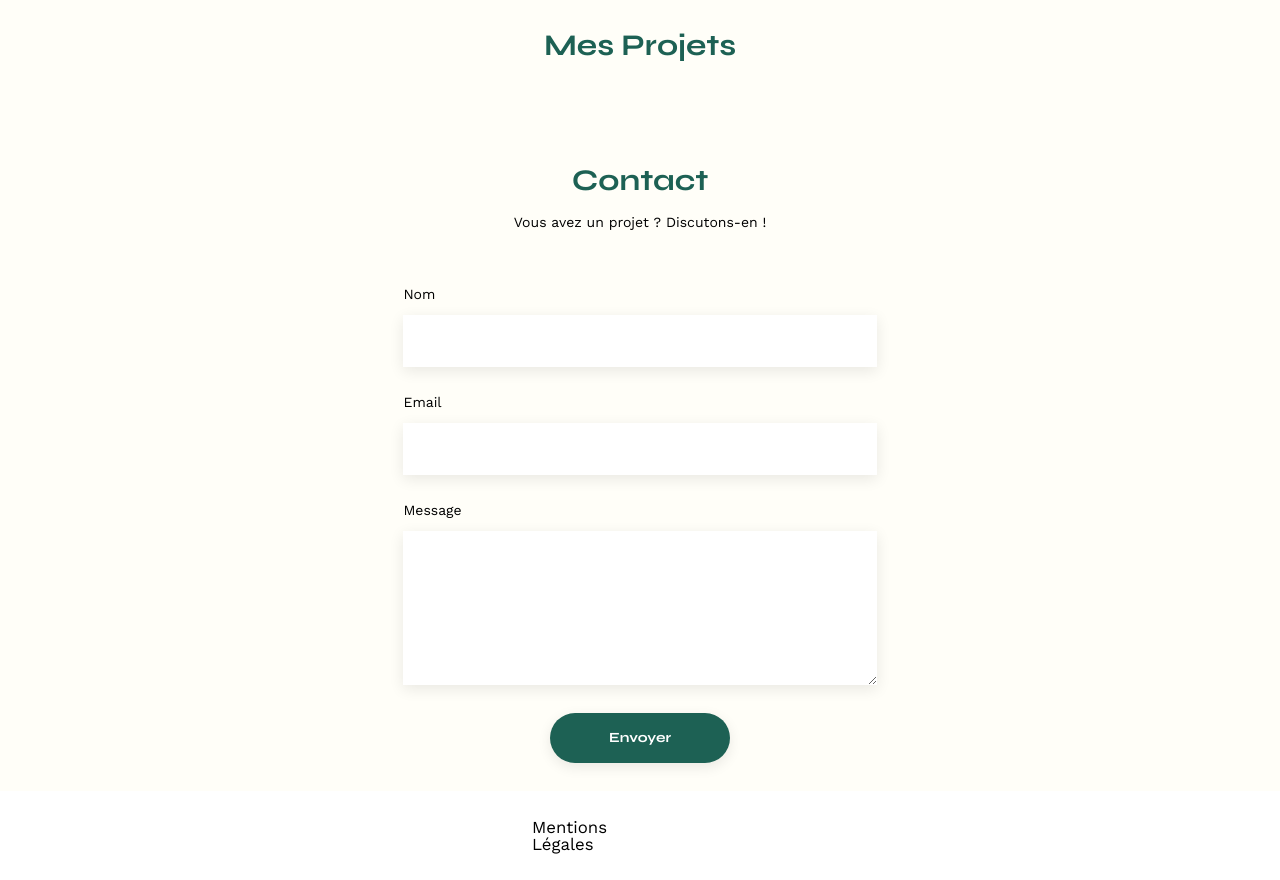
Repository: moopits/p6
Page: FrontEnd/index.html
These files come from the project's save history. The page is drawn as it stood at one moment and after the next save; the edit follows.
The browser window is 1280 px wide. The pictures show the part of the page from y = 486 to 1366 px (the page is 1366 px tall before and 1350 px after).
A picture or video elsewhere on the page could not be fetched, so the positions and the page height are approximate. The page's requests for data from a server got no answer.

Above is the page before, as saved 2024-02-16 04:22:30.

### FrontEnd/index.html
<!DOCTYPE html>

<html lang="fr">

<head>
	<meta charset="UTF-8">
	<title>Sophie Bluel - Architecte d'intérieur - Index</title>
	<meta name="viewport" content="width=device-width, initial-scale=1.0">
	<link rel="preconnect" href="https://fonts.googleapis.com">
	<link rel="preconnect" href="https://fonts.gstatic.com" crossorigin>
	<link href="https://fonts.googleapis.com/css2?family=Syne:wght@700;800&family=Work+Sans&display=swap"
		rel="stylesheet">
	<link rel="icon" type="image/png" href="./assets/icons/instagram.png">
	<link rel="stylesheet" href="https://cdnjs.cloudflare.com/ajax/libs/font-awesome/6.5.1/css/all.min.css"
		integrity="sha512-DTOQO9RWCH3ppGqcWaEA1BIZOC6xxalwEsw9c2QQeAIftl+Vegovlnee1c9QX4TctnWMn13TZye+giMm8e2LwA=="
		crossorigin="anonymous" referrerpolicy="no-referrer">
	<meta name="description" content="">
	<link rel="stylesheet" href="./assets/style.css">
</head>

<body>
	<div id="index_html_bkg">
		<div class="setBlackAdmin showOn">
			<span class="fontSize16"><i class="fa-regular fa-pen-to-square"></i>Mode édition</span>
		</div>
		<div id='index_html_bkg_site'>

			<header class="setHeader">
				<div class="setTitleNav">
					<h1>Sophie Bluel <span>Architecte d'intérieur</span></h1>
					<nav>
						<ul>
							<li><a href="#portfolio">projets</a></li>
							<li><a href="#contact">contact</a></li>
							<li><a id="loginA" class="clic_l_logOut" href="./html/loginAdmin.html"
									target="_self">login</a></li>
							<li><img id="iconSize" src="./assets/icons/instagram.png" alt="Instagram"></li>
						</ul>
					</nav>
				</div>
			</header>
			<main id="mainCenter">
				<!--SECTION introduction/presentation-->
				<section id="introduction">
					<figure>
						<img src="./assets/images/sophie-bluel.png" alt="">
					</figure>
					<article>
						<h2>Designer d'espace</h2>
						<p>Je raconte votre histoire, je valorise vos idées. Je vous accompagne de la conception à la
							livraison
							finale du chantier.</p>
						<p>Chaque projet sera étudié en commun, de façon à mettre en valeur les volumes, les matières et
							les
							couleurs dans le respect de l’esprit des lieux et le choix adapté des matériaux. Le suivi du
							chantier sera assuré dans le souci du détail, le respect du planning et du budget.</p>
						<p>En cas de besoin, une équipe pluridisciplinaire peut-être constituée : architecte DPLG,
							décorateur(trice)</p>
					</article>
				</section>
				<!--SECTION affichage button & gallery-->
				<section id="portfolio">
					<div class="containerProjets">
						<h2>Mes Projets</h2>
						<span class="showOn">
							<i class="fa-regular fa-pen-to-square"></i>
							<button id="clic_b_modifier" class="decoButton fontSize14">modifier</button>
						</span>
					</div>
					<!--affichage button-->
					<div class="containerButtons">
					</div>
					<!--affichage gallery-->
					<div class="gallery showFigCaption">
					</div>
				</section>
				<!--SECTION FORMULAIRE CONTACT-->
				<section id="contact">
					<h2>Contact</h2>
					<p>Vous avez un projet ? Discutons-en !</p>
					<form action="#" method="">
						<label for="name">Nom</label>
						<input type="text" name="name" id="name" autocomplete="off">
						<label for="email">Email</label>
						<input type="email" name="email" id="email" autocomplete="off">
						<label for="message">Message</label>
						<textarea name="message" id="message" cols="30" rows="10"></textarea>
						<input type="submit" value="Envoyer">
					</form>
				</section>
				<!--FENETRE MODAL-->
				<dialog id="modal" class="modal">
					<div class="modal-main">
						<button id="modal-btn-arrow"><i class="fa-solid fa-arrow-left styleArw"></i></button>
						<!-- display NONE-->
						<button id="modal-btn-close"><i class="fa-solid fa-xmark sizeCls "></i></button>
						<h2>Galerie photo</h2> <!-- DOM modif-->
						<section id="modal-body">
							<div id="modal-section-div-1" class="gallery">
							</div>
							<div id="modal-section-div-2">
								<form id="sendWorkForm" class="style-form">
									<div class="modal-style-2">
										<i id="icon-img" class="fa-regular fa-image icon-img-size"></i>
										<label id="label-input-file" class="styleFontShape2" for="file-upload">+ Ajouter
											photo</label>
										<input id="file-upload" type="file">
										<img id="preview" alt="file uploaded">
										<span class="textSpanBtnGrey">jpg, png : 4mo max</span>
									</div>
									<label for="title">Titre</label>
									<input type="text" id="title" placeholder="Titre">
									<label for="select-option">Catégories</label>
									<select id="select-option">
									</select>
									<hr>
									<input id="modal-btn-valider" class="styleFontShape" type="submit" value="Valider">
								</form>
							</div>
							<!-- fin de formulaire modal 2-->
							<div id="display-btn-hr" class="display-btn-hr">
								<hr>
								<button id="modal-btn-ajouter" class="styleFontShape">Ajouter une photo</button>
							</div>
						</section>
					</div>
				</dialog>
				<!--FENETRE MODAL DELETE OUI/NON CONFIRME-->
				<dialog id="modalDialogBkgGrey">
					<div id="modalDialogBkgGrey_realModal">
						<h1 id="styleH1Dialog">Confirmer Suppression</h1>
						<div class="styleDivDialog">
							<button id="oui" class="styleButtDialog">oui</button>
							<button id="non" class="styleButtDialog non">non</button>
						</div>
					</div>
				</dialog>

				<!--<section id="modal2-form" class="modal2-form-display">
					<form id="sendWorkForm" action="http://localhost:5678/api/categories" method="post">
						<label for="name">Titre</label>
						<input type="text" name="nom" placeholder="Nnom du fichier">
						<select name="choix">
							<option value="1">choix 1</option>
							<option value="2">Choix 2</option>
							<option value="3">Choix 3</option>
						</select>
						<input type="submit" value="Valider">
					</form>
				</section>-->

			</main>
		</div>
	</div>

	<footer id="footerCenter">
		<nav class="footer-nav">
			<ul>
				<li>Mentions Légales</li>
			</ul>
		</nav>
	</footer>
	<script type="module" src="./js/index.js"></script>

</body>

</html>

### FrontEnd/assets/style.css
/* http://meyerweb.com/eric/tools/css/reset/
   v2.0 | 20110126
   License: none (public domain)
*/

html,
body,
div,
span,
applet,
object,
iframe,
h1,
h2,
h3,
h4,
h5,
h6,
p,
blockquote,
pre,
a,
abbr,
acronym,
address,
big,
cite,
code,
del,
dfn,
em,
img,
ins,
kbd,
q,
s,
samp,
small,
strike,
strong,
sub,
sup,
tt,
var,
b,
u,
i,
center,
dl,
dt,
dd,
ol,
ul,
li,
fieldset,
form,
label,
legend,
table,
caption,
tbody,
tfoot,
thead,
tr,
th,
td,
article,
aside,
canvas,
details,
embed,
figure,
figcaption,
footer,
header,
hgroup,
menu,
nav,
output,
ruby,
section,
summary,
time,
mark,
audio,
video {
	margin: 0;
	padding: 0;
	border: 0;
	font-size: 100%;
	font: inherit;
	vertical-align: baseline;
}

/* HTML5 display-role reset for older browsers */
article,
aside,
details,
figcaption,
figure,
footer,
header,
hgroup,
menu,
nav,
section {
	display: block;
}

body {
	line-height: 1;

}

ol,
ul {
	list-style: none;
}

blockquote,
q {
	quotes: none;
}

blockquote:before,
blockquote:after,
q:before,
q:after {
	content: '';
	content: none;
}

table {
	border-collapse: collapse;
	border-spacing: 0;
}

/** end reset css**/
body {
	/*max-width: 1140px;
	margin: auto;*/

	font-family: 'Work Sans';
	font-size: 14px;
	background-color: #FFFEF8;
}

header {
	display: flex;
	justify-content: space-between;
	padding: 50px 0;
}

section {
	margin: 50px 0
}

h1 {
	display: flex;
	flex-direction: column;
	font-family: 'Syne';
	font-size: 22px;
	font-weight: 800;
	color: #B1663C
}

h1>span {
	font-family: 'Work Sans';
	font-size: 10px;
	letter-spacing: 0.1em;
	;
}

h2 {
	font-family: 'Syne';
	font-weight: 700;
	font-size: 30px;
	color: #1D6154
}

nav ul {
	display: flex;
	align-items: center;
	list-style-type: none;

}

nav li {
	padding: 0 10px;
	font-size: 1.2em;
}

li:hover {
	color: #B1663C;
}

#introduction {
	display: flex;
	align-items: center;
}

#introduction figure {
	flex: 1
}

#introduction img {
	display: block;
	margin-right: auto;
	width: 80%;
}

#introduction article {
	flex: 1
}

#introduction h2 {
	margin-bottom: 1em;
}

#introduction p {
	margin-bottom: 0.5em;
}

#portfolio h2 {
	text-align: center;
	/*margin-bottom: 1em;*/
}

.gallery {
	width: 100%;
	display: grid;
	grid-template-columns: 1fr 1fr 1fr;
	grid-column-gap: 20px;
	grid-row-gap: 20px;
	/*background-color: #913636;*/
}

.gallery img {
	width: 100%;
	height: 100%;
	object-fit: cover;
}

.show-on-off {
	display: none;
	width: 100%;
	height: 100%;
	display: flex;
	flex-direction: column;
	justify-content: flex-start;
	/*background-color: #8b0505;*/
}



#contact {
	width: 50%;
	margin: auto;
}

#contact>* {
	text-align: center;

}

#contact h2 {
	margin-bottom: 20px;
}

#contact form {
	text-align: left;
	margin-top: 30px;
	display: flex;
	flex-direction: column;
}

#contact input {
	height: 50px;
	/*font-size: 1.2em;*/
	border: none;
	box-shadow: 0px 4px 14px rgba(0, 0, 0, 0.09);
}

#contact label {
	margin: 2em 0 1em 0;
}

#contact textarea {
	border: none;
	box-shadow: 0px 4px 14px rgba(0, 0, 0, 0.09);
}

input[type="submit"] {
	font-family: 'Syne';
	font-weight: 700;
	font-size: 14px;
	line-height: 17px;
	letter-spacing: 0em;
	color: white;
	background-color: #1D6154;
	margin: 2em auto;
	width: 180px;
	text-align: center;
	border-radius: 60px;
}

footer nav ul {
	background-color: #ffffff;
	display: flex;
	justify-content: flex-end;
	padding: 2em;
}

/* NEW */
#portfolio .containerButtons {
	width: 100%;
	height: auto;
	margin-left: auto;
	margin-right: auto;
	margin-bottom: 25px;
	/*border: 1px solid red;*/
	/* pour visualisation */
	display: flex;
	justify-content: center;
	align-items: center;
	flex-wrap: wrap;
}

.containerButtons .styleFont {
	/*font-family: 'Syne';
	font-weight: 700;
	font-size: 1.2em;*/
	color: #1D6154;
	font-family: Syne;
	font-size: 16px;
	font-weight: 700;
	line-height: 19px;
	letter-spacing: 0em;
}

.containerButtons .styleShape {
	background-color: #ffffff;
	border: 1px solid #1D6154;
	width: auto;
	padding-left: 1em;
	padding-right: 1em;
	padding-bottom: 0.4em;
	padding-top: 0.4em;
	margin-left: 10px;
	margin-right: 10px;
	margin-bottom: 10px;
	text-align: center;
	border-radius: 60px;
}

.styleShape:hover {
	background-color: #1D6154;
	color: white;
	cursor: pointer;
}

/* FILTER color button ON-OFF */
.containerButtons .filter-active {
	background-color: #1D6154;
	color: white;
}

.containerButtons .filter-no-active {
	background-color: #1D6154;
	color: white;
}

.info-window {
	position: absolute;
	top: 50%;
	left: 50%;
	transform: translate(-50%, -50%);
	background-color: #ffffff;
	padding: 10px;
	border-radius: 5px;
}

.info-window>span {
	font-size: 16px;
	font-weight: bold;
	color: green;
}

header nav a {
	/*text-decoration: none;*/
	all: unset;
	cursor: pointer;
}

/* body {
	box-sizing: border-box;
	padding: 0px;
	margin: 0px;
	display: flex;
	justify-content: center;
	align-items: center;
  }*/

#index_html_bkg {
	background-color: #FFFEF8;
	width: 100%;
	height: min-content;
	/*border:  2px solid red;*/
	/*box-sizing: border-box;
	padding: 0px;
	margin: 0px;*/
}

#index_html_bkg_site {
	background-color: #FFFEF8;
	max-width: 1140px;
	margin: auto;
	height: min-content;
	/*box-sizing: border-box;
	padding: 0px;
	margin: 0px;*/
}

#loginAdmin_html {
	background: #FFFEF8;
	width: 100%;
	height: min-content;
}

#bkg_header {
	background-color: #ffffff;
}

#mainCenter {
	width: 83%;
	margin: auto;
}

#footerCenter {
	width: 100%;
	margin: auto;
	background-color: white;
    display: flex;
	justify-content: center;
	align-items: center;

}

.footer-nav {
	width: 10px;
    display: flex;
    justify-content:flex-end;
    align-items: center;
}

#containerDiv_a {
	padding-bottom: 400px;
}

#color {
	color: black;
}

#underline {
	display: block;
	text-align: inherit;
}

input[type="submit"] {
	cursor: pointer;
}

#logInForm {
	width: 50%;
	margin: auto;
}

#weigthFont {
	font-weight: 600;
}

#iconSize {
	width: 22px;
	height: 22px;
}

.fontSize16 {
	font-family: Work Sans;
	font-size: 16px;
	font-weight: 400;
	color: #ffffff;
}

.fontSize14 {
	font-family: Work Sans;
	font-size: 14px;
	font-weight: 400;
	color: #000000;
}

.containerProjets {
	width: 100%;
	height: 100%;
	display: flex;
	justify-content: center;
	align-items: center;
	margin-bottom: 30px;
}

.fa-regular {
	margin-left: 25px;
	margin-right: 7px;
	font-size: 15px;
}

.displayButtonLogOut {
	display: none;
}

.setBlackAdmin {
	width: 100%;
	height: 50px;
	display: flex;
	justify-content: center;
	align-items: center;
	background-color: black;
}

.setHeader {
	display: flex;
	flex-direction: column;
}

.setTitleNav {
	display: flex;
	justify-content: space-between;
}

.showOn {
	display: none;
}

.decoButton {
	border: none;
	background-color: transparent;
	cursor: pointer;
}

/** Modal **/
.modal {
	left: 0;
	top: 0;
	width: 100%;
	height: 100%;
	position: fixed;
	overflow: auto;
	z-index: 1;
	background-color: rgba(0, 0, 0, 0.3);
	display: none;
}

.modal-main {
	border-radius: 5px;
	width: 630px;
	display: flex;
	flex-direction: column;
	align-items: center;
	justify-content: space-between;
	padding-bottom: 35px;
	margin-top: 100px;
	margin-bottom: 100px;
	margin-left: auto;
	margin-right: auto;
	position: relative;
	background-color: white;
}

#modal-btn-close {
	/* button close */
	position: absolute;
	top: 20px;
	right: 20px;
	border: none;
	background-color: transparent;
	cursor: pointer;
	height: auto;
	width: auto;
	padding: 0px;
	/*background-color: transparent;*/
	/*color: black;*/
	/*display: flex;
	align-items: center;
	justify-content: center;*/
	/*font-weight: 600;
	font-size: large;*/
}

.modal-main h2 {
	font-family: 'Work Sans';
	font-weight: 400;
	font-size: 26px;
	line-height: 30px;
	color: black;
	margin-top: 60px;
}

.modal .gallery {
	margin-top: 0px;
	margin-left: auto;
	margin-right: auto;
	padding-bottom: 0px;
	margin-bottom: 0px;
	display: grid;
	grid-template-columns: 80px 80px 80px 80px 80px;
	grid-column-gap: 10px;
	grid-row-gap: 20px;
	width: auto;
	/*border-bottom: 1px solid rgb(0, 0, 0);*/
}

/* position icon TRASH-CAN fentre modal */
.div-absolute {
	position: absolute;
	z-index: 20;
	top: 5px;
	right: 5px;
	width: 17px;
	height: 17px;
	border-radius: 2px;
	border: 0px;
	background-color: #000000;
	display: flex;
	justify-content: center;
	align-items: center;
}

.setRelative {
	position: relative;
}

.fa-solid {
	color: #ffffff;
	font-size: 11px;
}

.center {
	display: flex;
	justify-content: center;
	align-items: center;
}

/* style button modal */
.styleFontShape {
	font-family: 'Syne';
	font-size: 14px;
	font-weight: 700;
	line-height: 17px;
	letter-spacing: 0em;
	color: #1D6154;
	background-color: #ffffff;
	border: 1px solid #1D6154;
	width: auto;
	padding-left: 1em;
	padding-right: 1em;
	padding-bottom: 0.4em;
	padding-top: 0.4em;
	margin-top: 20px;
	margin-left: 10px;
	margin-right: 10px;
	margin-bottom: 10px;
	text-align: center;
	border-radius: 60px;
}

.styleFontShape:hover {
	background-color: #1D6154;
	color: white;
	cursor: pointer;
}

.styleFontShape2 {
	color: #306685;
	background-color: #A7A7A7;
	border: 1px solid #A7A7A7;
	font-family: 'Work Sans';
	font-weight: 500;
	font-size: 14px;
	line-height: 16px;
	letter-spacing: 0em;
	width: auto;
	padding-left: 1em;
	padding-right: 1em;
	padding-bottom: 0.4em;
	padding-top: 0.4em;
	margin-top: 10px;
	margin-left: 10px;
	margin-right: 10px;
	margin-bottom: 10px;
	text-align: center;
	border-radius: 60px;
}

.styleFontShape2:hover {
	background-color: #A7A7A7;
	color: #ffffff;
	cursor: pointer;
}

.styleFontShape3 {
	color: #ffffff;
	background-color: #A7A7A7;
	border: 1px solid #A7A7A7;
	font-family: 'Syne';
	font-weight: 700;
	font-size: 14px;
	line-height: 16px;
	letter-spacing: 0em;
	width: auto;
	padding-left: 70px;
	padding-right: 70px;
	padding-bottom: 0.4em;
	padding-top: 0.4em;
	margin-top: 10px;
	margin-left: 10px;
	margin-right: 10px;
	margin-bottom: 10px;
	text-align: center;
	border-radius: 60px;
}

.styleFontShape3:hover {
	background-color: #A7A7A7;
	color: #ffffff;
}

/************* modal oui/non *************/


.modal-header {
	padding: 10px;
}

.modal-body {
	padding: 10px;
}

.modal-footer {
	padding: 10px;
	text-align: right;
}

.btn {
	padding: 10px 20px;
	border-radius: 5px;
}

.btn-primary {
	background-color: #007bff;
	color: #fff;
}

.btn-secondary {
	background-color: #999;
	color: #fff;
}

/************ fin modal oui/non ***********/
#modalDialogBkgGrey {
	/* shape container dialog */
	left: 0;
	top: 0;
	width: 100%;
	height: 100%;
	margin: 0px;
	padding: 0px;
	position: fixed;
	overflow: auto;
	z-index: 10;
	background-color: rgba(0, 0, 0, 0.3);
}

#modalDialogBkgGrey_realModal {
	box-sizing: border-box;
	width: 140px;
	height: 100px;
	margin-left: auto;
	margin-right: auto;
	margin-top: 100px;
	border-radius: 5px;
	background-color: rgba(255, 255, 255, 1);
	border: 1px solid #1D6154;
	z-index: 100;
	display: flex;
	flex-direction: column;
	justify-content: center;
	align-items: center;


	/*box-shadow: #000000;*/
}

#styleH1Dialog {
	text-align: center;
	margin-top: 10px;
	margin-bottom: 10px;
	font-family: Work Sans;
	font-size: 14px;
	font-weight: 800;
	color: #8b0505;
}

.styleDivDialog {
	/* container button OUI/NON */
	width: 100%;
	height: 100%;
	display: flex;
	justify-content: space-evenly;
	align-items: center;
}

.styleButtDialog {
	font-family: 'Syne';
	font-weight: 400;
	font-size: 10px;
	color: #1D6154;
	background-color: #ffffff;
	border: 1px solid #1D6154;
	width: auto;
	padding-left: 1em;
	padding-right: 1em;
	padding-bottom: 0.4em;
	padding-top: 0.4em;
	/*margin-left: 10px;
		margin-right: 10px;
		margin-bottom: 10px;
		margin-top: 10px;*/
	text-align: center;
	border-radius: 60px;
}

.styleButtDialog:hover {
	background-color: #1D6154;
	color: white;
	cursor: pointer;
}

#modal-btn-arrow {
	/* button arrow */
	position: absolute;
	top: 20px;
	left: 20px;
	border: none;
	background-color: transparent;
	cursor: pointer;
	height: auto;
	width: auto;
	display: none;
	/* inline-block; -> modal 2 */
	padding: 0px;
	/*background-color: transparent;*/
	/*color: black;*/
	/*display: flex;
	align-items: center;
	justify-content: center;*/
	/*font-weight: 600;
	font-size: 30px;*/
}

.sizeCls {
	font-size: 17px;
	margin-top: 0px;
}

.styleArw {
	font-size: 20px;
}

.modal-main #modal-btn-arrow i,
.modal-main #modal-btn-close i {
	color: #000000;
}

.modal-main .modal-style {
	/* style modal 2 */
	width: 100%;
	height: 169px;
	margin: 0px 0px 5px;
	background-color: #E8F1F6;
	/* a enlever */
	border-radius: 3px;
	display: flex;
	justify-content: center;
	align-items: center;
	/*margin-top: 50px;
	margin-left: auto;
	margin-right: auto;
	padding-bottom: 50px;
	margin-bottom: 30px;*/
	/*border-bottom: 1px solid rgba(179, 179, 179, 1);*/
}

.modal-main .modal-style-2 {
	/* style modal 2 */
	width: 100%;
	height: fit-content;
	background-color: #E8F1F6;
	/* a enlever */
	display: flex;
	flex-direction: column;
	justify-content: center;
	align-items: center;
	/*margin-top: 50px;
	margin-left: auto;
	margin-right: auto;
	padding-bottom: 50px;
	margin-bottom: 30px;*/
	/*border-bottom: 1px solid rgba(179, 179, 179, 1);*/
}

.modal-main .modal-style .modal-style-2 i {
	color: #B9C5CC;
}

.icon-img-size {
	font-size: 67px;
	padding: 0px;
	margin: 0px;
	color: #B9C5CC;
}

.modal-1-display {
	display: inline-block;
}

.modal-2-display {
	display: none;
}

#modal-body {
	width: 440px;
	display: flex;
	flex-direction: column;
	justify-content: center;
	align-items: center;
}

#modal-section-div-2 {
	width: 100%;
	height: fit-content;
	margin-top: 0px;
	display: flex;
	flex-direction: column;
	justify-content: center;
	align-items: center;
	/*background-color: #B1663C;*/
}

#modal-section-div-2 hr {
	width: 100%;
	border: none;
	border-top: 1px solid #000;
	/* Couleur de la ligne (noir dans cet exemple) */
	margin: 20px 0 20px;
}

.btn-color-grey-modal-2 {
	font-family: 'Work Sans';
	font-weight: 500;
	font-size: 14px;
	line-height: 16px;
	letter-spacing: 0em;
	text-align: center;
	color: #306685;
	background-color: #CBD6DC;
	border-color: #CBD6DC;
}

.btn-color-grey-modal-2:hover {
	color: #306685;
	background-color: #CBD6DC;
	border-color: #CBD6DC;
}

.textSpanBtnGrey {
	font-family: Work Sans;
	font-weight: 400;
	font-size: 10px;
	line-height: 12px;
	letter-spacing: 0em;
	text-align: center;
	color: #444444;
	margin-top: 0px;
	margin-bottom: 0px;
	padding-bottom: 10px;
}

.style-form {
	width: 100%;
	height: 100%;
	text-align: left;
	margin-top: 30px;
	margin-left: auto;
	margin-right: auto;
	display: flex;
	flex-direction: column;
	/*justify-content: center;
	align-items: center;*/
}

.style-form input,
.style-form select {
	/*height: 1.2rem;*/
	/*font-size: 1.2em;*/
	border: none;
	box-shadow: 0px 4px 14px rgba(0, 0, 0, 0.09);
	font-family: Work Sans;
	font-size: 14px;
	font-weight: 400;
	line-height: 16px;
	letter-spacing: 0em;
	height: 52px;
}

.style-form select {
	margin-bottom: 20px;
}


.style-form label {
	margin: 2em 0 1em 0;
	font-family: Work Sans;
	font-size: 14px;
	font-weight: 500;
	line-height: 16px;
	letter-spacing: 0em;
}

.display-btn-hr {
	width: 100%;
	height: 100%;
	text-align: center;
}

.select-option-form {
	text-align: left;
	margin-top: 30px;
	display: flex;
	flex-direction: column;
}

input[type="file"] {
	display: none;
}

.modal-style-2 img {
	display: none;
	height: 169px;
	width: 200px;
	object-fit: cover;
}

.footer-nav {
}

### FrontEnd/js/components/domLinker.js

// get div element where figure element will be as child, with class='gallery'
export const gallery = document.querySelector('.gallery')
console.log(gallery)
// get div element where button element will be as child, with class='containerButtons'
export const filterContainer = document.querySelector(".containerButtons")
console.log(filterContainer)


export const loginA = document.getElementById('loginA')

/*** LOGIN ***/
export const email = document.querySelector('#email')
export const password = document.querySelector('#password')
export const formLogIn = document.querySelector('#mainCenter #logInForm')

/*** MODAL ***/
export const modal = document.getElementById('modal')
export const modalBody = document.getElementById('modal-body')
export const modalBtnClose = document.getElementById('modal-btn-close')
// bouton AJOUTER modal 2
export const modalBtnAjouter = document.getElementById('modal-btn-ajouter')
// fleche retour modal 1
export const modalBtnArrow = document.getElementById('modal-btn-arrow')
export const galleryModal = document.querySelector('.modal .gallery')
export const modalSection2 = document.getElementById('modal-section-div-2')
export const containerBtnAdd = document.getElementById('display-btn-hr')
// select category
export const selectCategory = document.getElementById('select-option')
// input type file
export const inputFile = document.getElementById('file-upload')
export const iconImg = document.getElementById('icon-img')
export const labelInputFile = document.getElementById('label-input-file')
export const textSpanBtnGrey = document.querySelector('.textSpanBtnGrey')
export const preview = document.getElementById('preview')
export const titleInput = document.getElementById('title')
export const btnValidateAddPhoto = document.getElementById('modal-btn-valider')
export const formAddPhoto = document.getElementById('sendWorkForm')

Loaded but not shown: FrontEnd/js/index.js (249 lines, source omitted); FrontEnd/js/components/modal.js (128 lines, source omitted); FrontEnd/js/components/api.js (88 lines, source omitted)

After the next save:
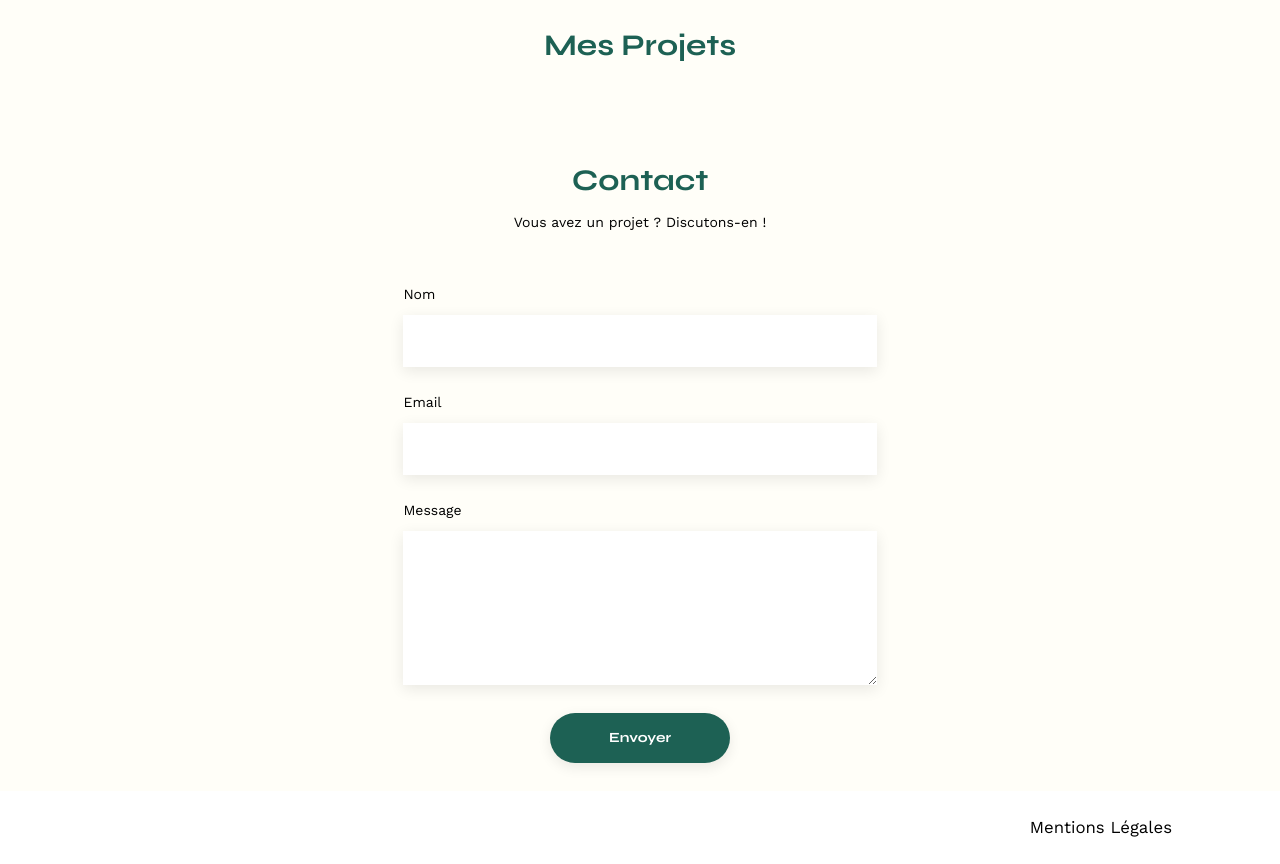
Saved 5 s later.
--- a/FrontEnd/assets/style.css
+++ b/FrontEnd/assets/style.css
@@ -447,7 +447,7 @@ header nav a {
 }
 
 .footer-nav {
-	width: 10px;
+	width: 1140px;
     display: flex;
     justify-content:flex-end;
     align-items: center;
